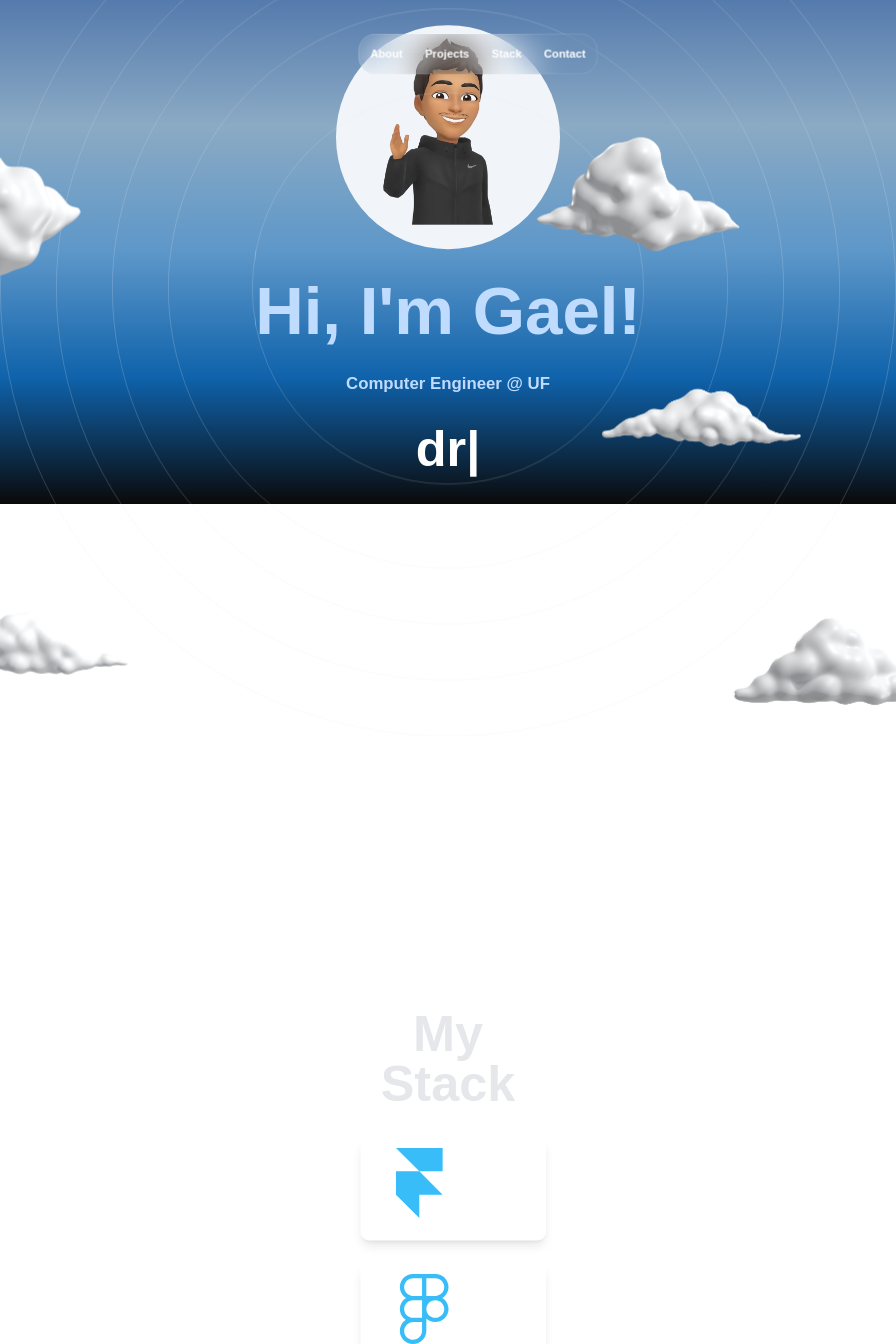
Repository: GG1627/2d-portfolio
Page: /
The author's editor kept a copy of each file at every save. The page is drawn from the files as they stood at one save, then again after the next save.
The browser window is 1280 px wide. The pictures show the part of the page from y = 0 to 1920 px (the page is 2672 px tall), at 70% of full size.
The project was rebuilt for these pictures with package versions that can differ from the ones it lists, and the page was loaded fresh each time. The framework's server and built-in components were replaced by stand-ins that run in the browser. Also part of the build but not shown: next.config.ts.

Above is the page before, as saved 2025-01-07 22:16:58.

After the next save:
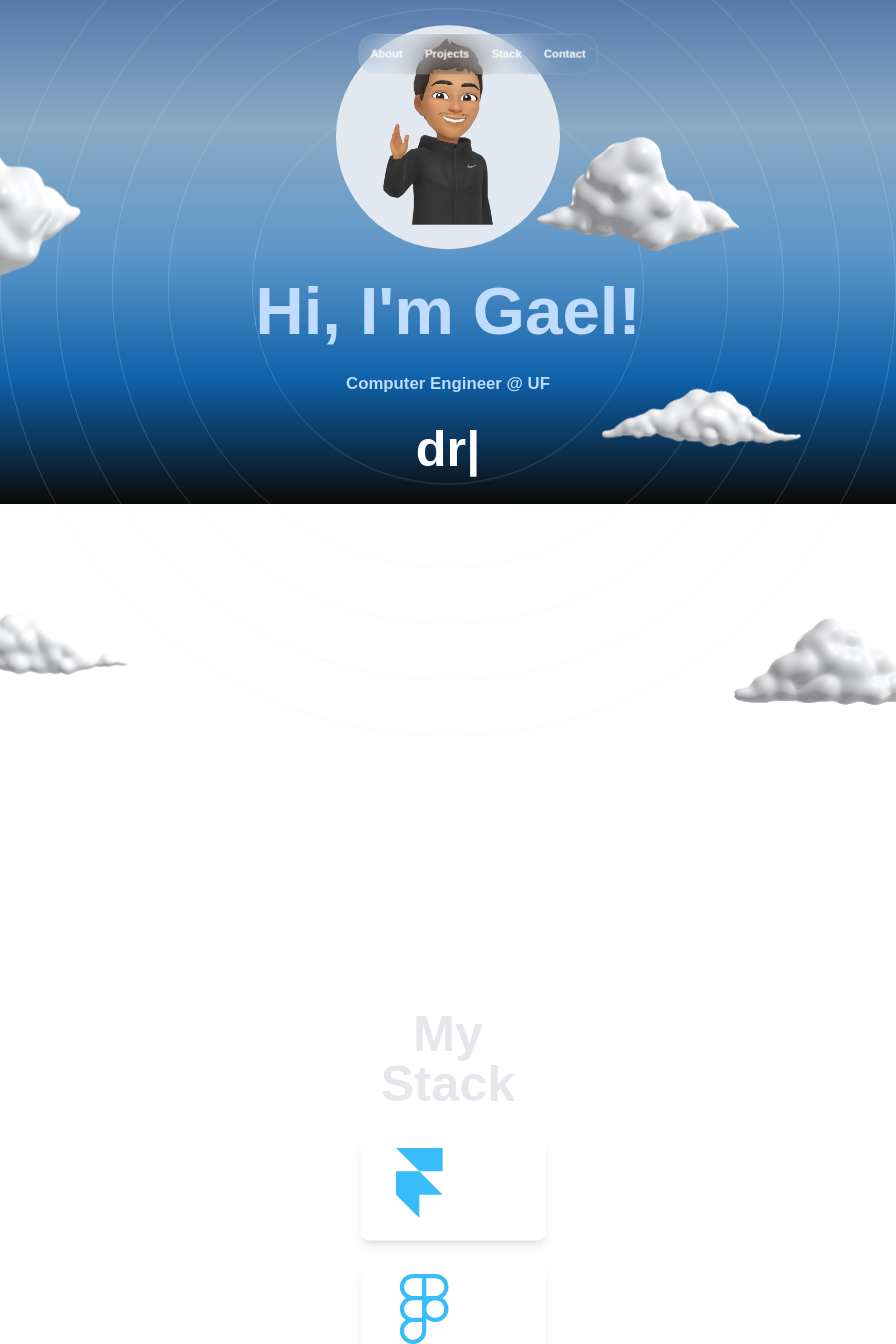
Saved 13 s later.
--- a/app/sections/Hero.tsx
+++ b/app/sections/Hero.tsx
@@ -14,7 +14,7 @@
       className="overflow-x-clip min-h-screen pb-2 flex items-center justify-center relative"
     >
       <div className="container mx-auto space-y-10 flex items-center justify-center flex-col text-center">
-        <div className="w-[320px] h-[320px] rounded-full overflow-hidden bg-slate-100">
+        <div className="w-[320px] h-[320px] rounded-full overflow-hidden bg-slate-200">
           <Image
             src="/avatar.png"
             alt="avatar"
